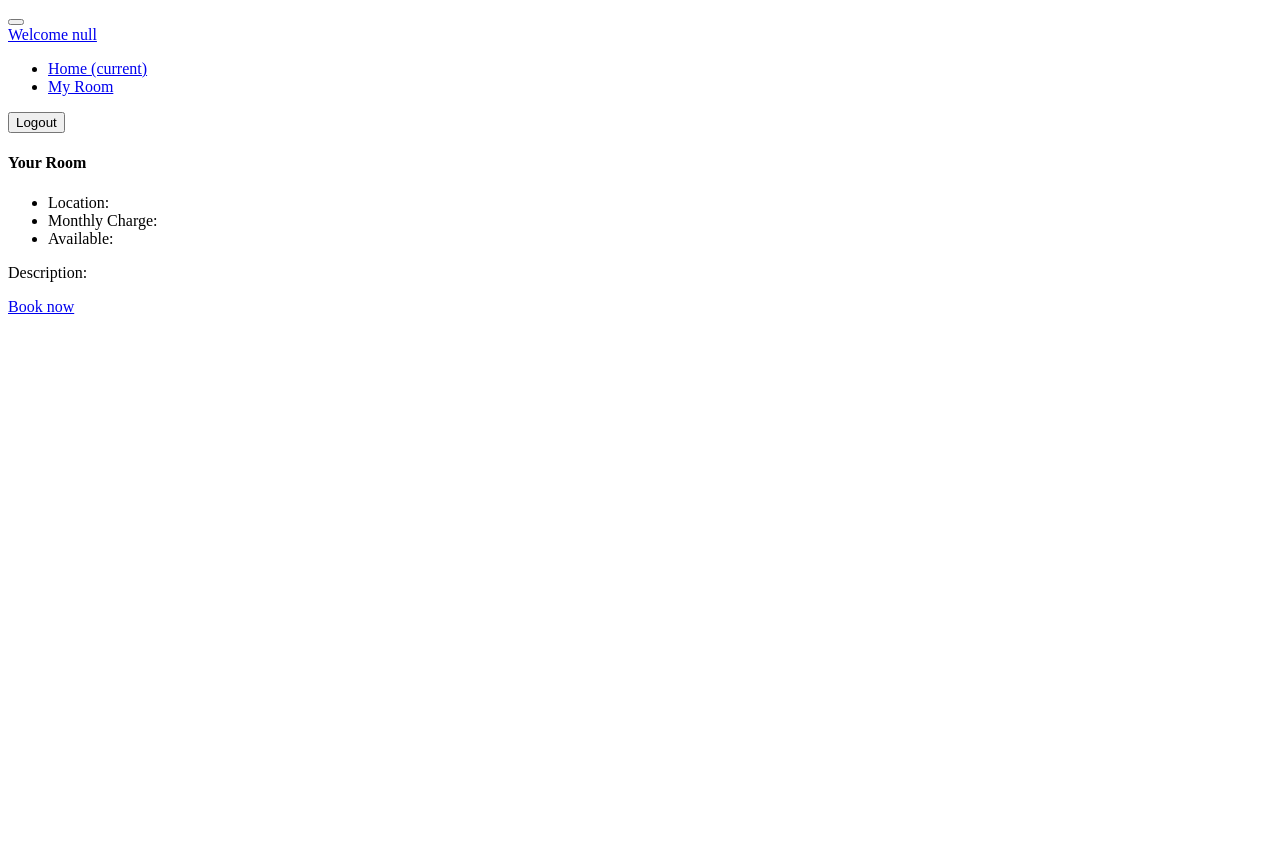
Repository: Bishodeep/AccommodationServlet
Page: http://localhost/AccomodationPortal/myroom.jsp
The author's editor kept a copy of each file at every save. The page is drawn from the files as they stood at one save, then again after the next save.
The browser window is 1280 px wide. The pictures show the whole page.
The page is served by Tomcat 9. The template is opened directly, without the code that normally fills it, so the values that code supplies are empty.

Above is the page before, as saved 2020-04-19 04:49:25.

After the next save:
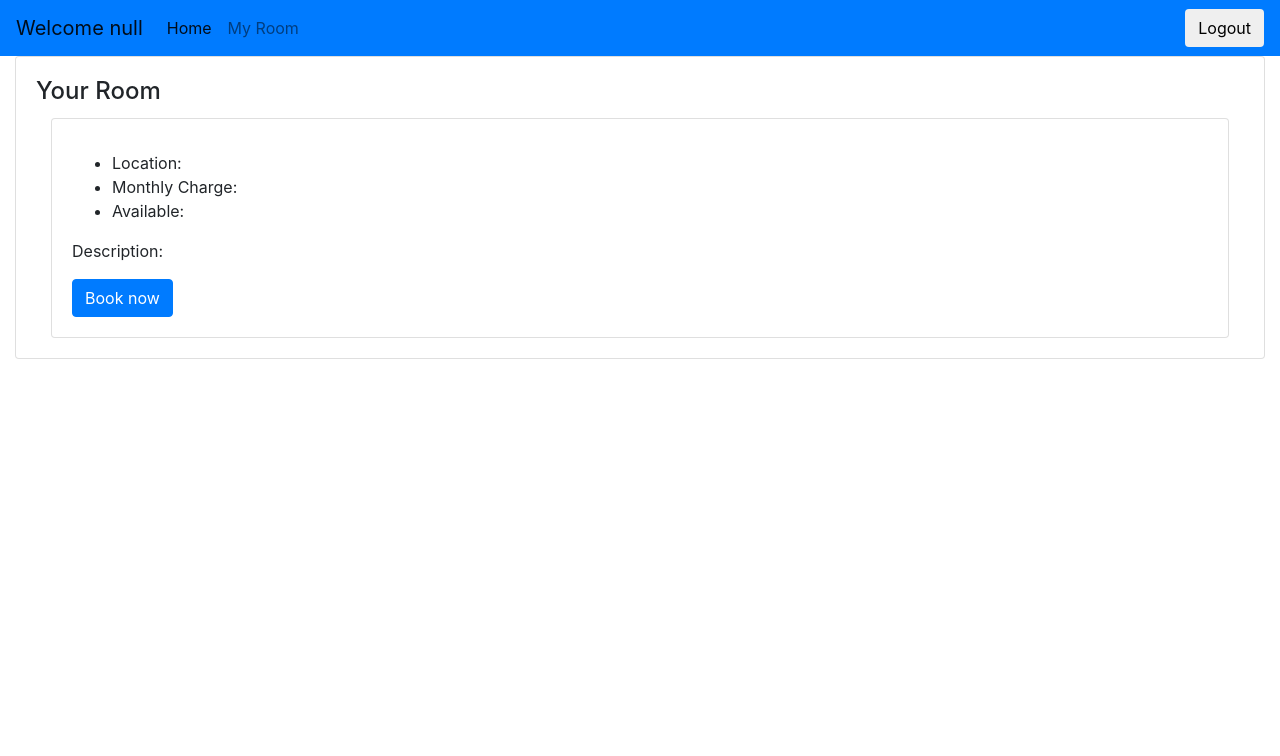
Saved 54 s later.
--- a/AccomodationPortal/WebContent/myroom.jsp
+++ b/AccomodationPortal/WebContent/myroom.jsp
@@ -5,6 +5,10 @@
 <head>
 <meta charset="ISO-8859-1">
 <title>Accommodation Portal</title>
+<link rel="stylesheet"
+	href="https://maxcdn.bootstrapcdn.com/bootstrap/4.0.0/css/bootstrap.min.css"
+	integrity="sha384-Gn5384xqQ1aoWXA+058RXPxPg6fy4IWvTNh0E263XmFcJlSAwiGgFAW/dAiS6JXm"
+	crossorigin="anonymous">
 </head>
 <body>
 	<%@include file='navbaruser.jsp'%>
